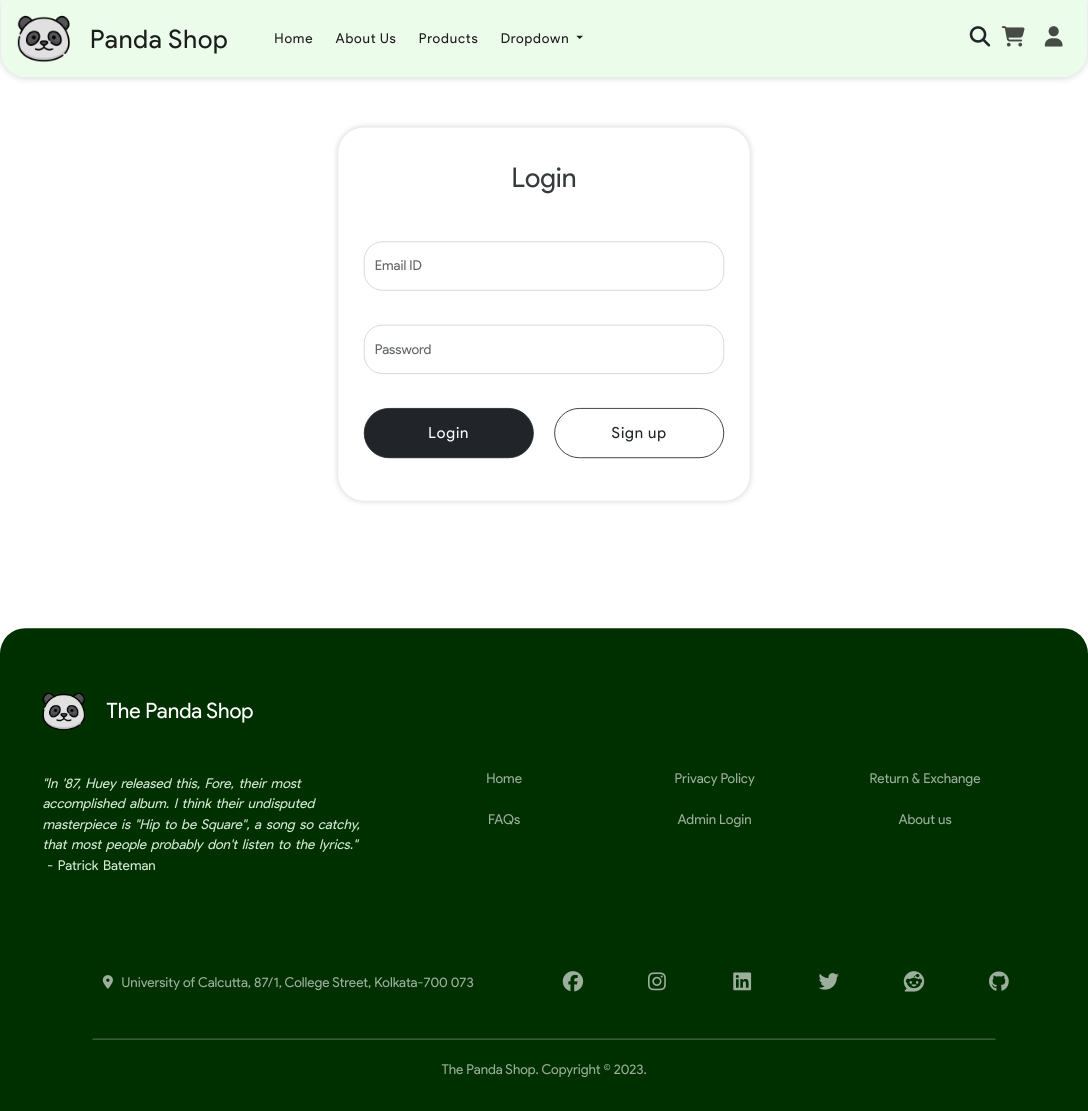
Repository: Anindyait/Panda-web-project
Page: http://localhost/Project1/Profile
An editor plug-in stored every save of this project. The page is shown before and after the next save, followed by the edit.
The browser window is 1280 px wide. The pictures show the whole page, at 85% of full size.
Some web fonts or font styles are not loaded; a fallback is used. Some web libraries are served in a nearby version. The page is served by Tomcat 9.

Above is the page before, as saved 2022-12-31 14:01:48.

After the next save:
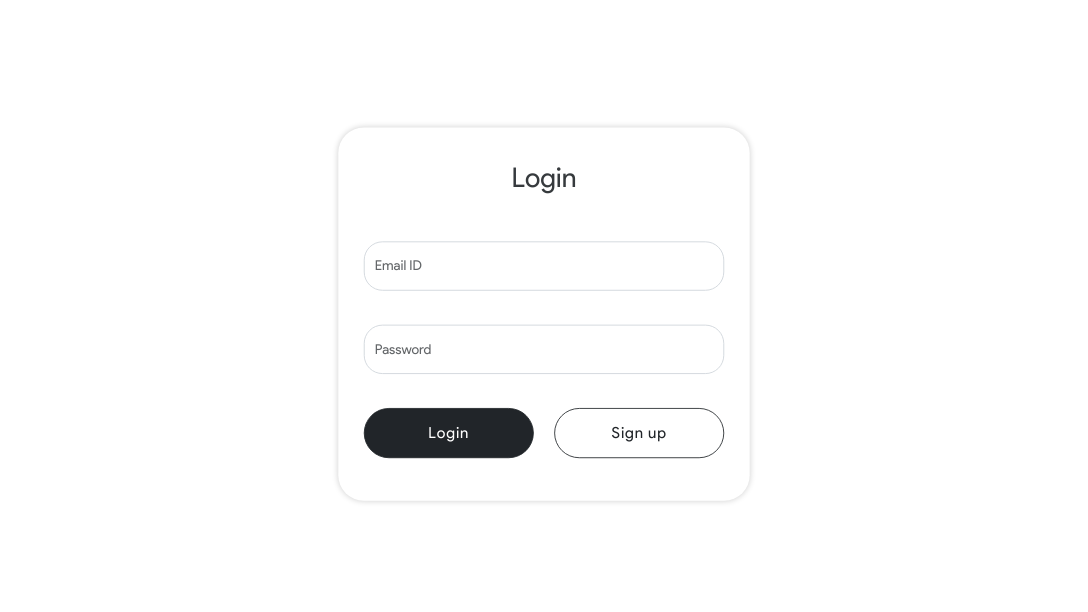
Console error: SyntaxError: Invalid or unexpected token
Saved 57 s later.
--- a/Project1/src/main/webapp/login.jsp
+++ b/Project1/src/main/webapp/login.jsp
@@ -8,7 +8,7 @@
 	</script>
 	<script>
 		$(function () {
-			$("#header").load("header.jsp");
+			$("#header").load("header.html);
 			$("#footer").load("footer.html");
 		});
 	</script>
